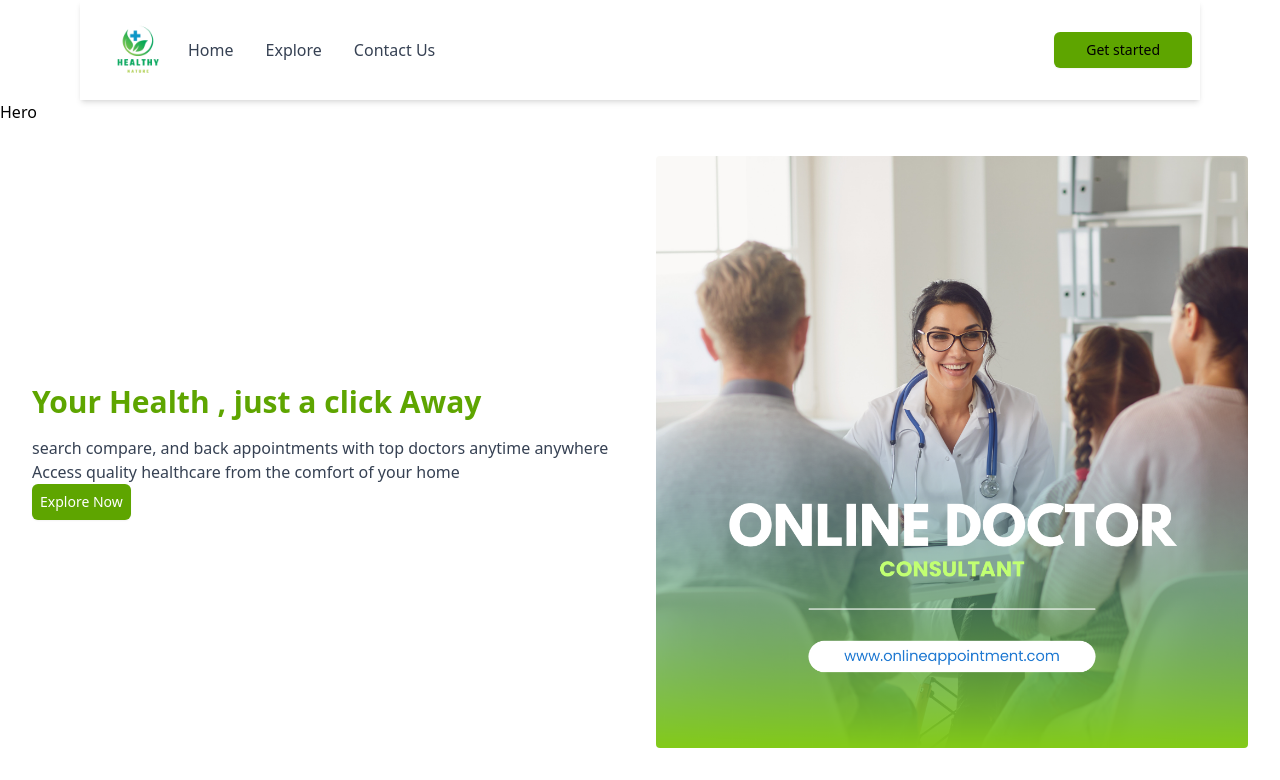
Repository: Muyassar-Mamdoh-Salem/appooinetment_app_frontend
Page: /
An editor plug-in stored every save of this project. The page is shown before and after the next save, followed by the edit.
The browser window is 1280 px wide. The pictures show the whole page.
The project was rebuilt for these pictures with package versions that can differ from the ones it lists, and the page was loaded fresh each time. The framework's server and built-in components were replaced by stand-ins that run in the browser. Also part of the build but not shown: next.config.mjs.

Above is the page before, as saved 2025-07-03 15:26:48.

### app/layout.js
import { Geist, Geist_Mono } from "next/font/google";
import "./globals.css";
import Header from "./_compnents/Header";
const geistSans = Geist({
  variable: "--font-geist-sans",
  subsets: ["latin"],
});

const geistMono = Geist_Mono({
  variable: "--font-geist-mono",
  subsets: ["latin"],
});

export const metadata = {
  title: "Create Next App",
  description: "Generated by create next app",
};

export default function RootLayout({ children }) {
  return (
    <html lang="en">
      <body
        className={`${geistSans.variable} ${geistMono.variable} antialiased`}
      >
        <div className=" md:px-20">
                 <Header />

        </div>
        {children}
      </body>
    </html>
  );
}

### app/page.js
import Image from "next/image";

// shad cn
import { Button } from "@/components/ui/button"
// component
import Hero from "./_compnents/Hero";
export default function Home() {
  return (
    <div className="">
<Hero/>

    </div>
  );
}

### app/_compnents/Header.jsx
import React from 'react';
import Image from 'next/image';
import Link from 'next/link';
import { Button } from '@/components/ui/button';

function Header() {
  const menu = [
    { id: 1, name: 'Home', path: '/' },
    { id: 2, name: 'Explore', path: 'Explore' },
    { id: 3, name: 'Contact Us', path: 'Contact Us' }
  ];

  return (
    <header className="bg-white shadow-md px-2 flex items-center justify-between    ">
      <div className="  flex items-center  ">
        {/* الشعار */}
        <div className="flex items-center gap-2">
          <Image src="/assets/image/logo.png" width={100} height={40} alt="logo" />

        </div>

        {/* القائمة */}
        <nav>
          <ul className="hidden md:flex gap-8 text-gray-700 font-medium">
            {menu.map((item) => (
              <li key={item.id}>
                <Link
                  href={item.path}
                  className="hover:text-lime-600 transition-all duration-200 cursor-pointer hover:scale-105 "
                >
                  {item.name}
                </Link>
              </li>
            ))}
          </ul>
        </nav>
      </div>
      <Button>Get started</Button>

    </header>
  );
}

export default Header;

### components/ui/button.jsx
import * as React from "react"
import { Slot } from "@radix-ui/react-slot"
import { cva } from "class-variance-authority";

import { cn } from "@/lib/utils"

const buttonVariants = cva(
  "inline-flex items-center justify-center gap-2 whitespace-nowrap rounded-md text-sm font-medium transition-all disabled:pointer-events-none disabled:opacity-50 [&_svg]:pointer-events-none [&_svg:not([class*='size-'])]:size-4 shrink-0 [&_svg]:shrink-0 outline-none focus-visible:border-ring focus-visible:ring-ring/50 focus-visible:ring-[3px] aria-invalid:ring-destructive/20 dark:aria-invalid:ring-destructive/40 aria-invalid:border-destructive",
  {
    variants: {
      variant: {
        default:
          "bg-lime-600 text-primary-foreground shadow-xs hover:bg-lime-700 cursor-pointer",
        destructive:
          "bg-destructive text-white shadow-xs hover:bg-destructive/90 focus-visible:ring-destructive/20 dark:focus-visible:ring-destructive/40 dark:bg-destructive/60",
        outline:
          "border bg-background shadow-xs hover:bg-accent hover:text-accent-foreground dark:bg-input/30 dark:border-input dark:hover:bg-input/50",
        secondary:
          "bg-secondary text-secondary-foreground shadow-xs hover:bg-secondary/80",
        ghost:
          "hover:bg-accent hover:text-accent-foreground dark:hover:bg-accent/50",
        link: "text-primary underline-offset-4 hover:underline",
      },
      size: {
        default: "h-9 px-8 py-2 has-[>svg]:px-3",
        sm: "h-8 rounded-md gap-1.5 px-3 has-[>svg]:px-2.5",
        lg: "h-10 rounded-md px-6 has-[>svg]:px-4",
        icon: "size-9",
      },
    },
    defaultVariants: {
      variant: "default",
      size: "default",
    },
  }
)

function Button({
  className,
  variant,
  size,
  asChild = false,
  ...props
}) {
  const Comp = asChild ? Slot : "button"

  return (
    <Comp
      data-slot="button"
      className={cn(buttonVariants({ variant, size, className }))}
      {...props} />
  );
}

export { Button, buttonVariants }

### app/_compnents/Hero.jsx
import { Button } from '@/components/ui/button'
import React from 'react'

function Hero() {
  return (
    <div>Hero
        <section>
  <div className="mx-auto max-w-screen-xl px-4 py-8 sm:px-6 lg:px-8">
    <div className="grid grid-cols-1 gap-4 md:grid-cols-2 md:items-center md:gap-8">
      <div>
        <div className="max-w-lg md:max-w-none">
          <h2 className="text-2xl font-semibold text-lime-600 sm:text-3xl">
          Your Health , just a click Away
          </h2>

          <p className="mt-4 text-gray-700">
           search compare, and back appointments with top doctors anytime anywhere Access quality healthcare from the comfort of your home
          </p>
          <Button className="p-2 bg-lime-600 text-white ">Explore Now</Button>
        </div>
      </div>

      <div>
        <img
        src='assets\image\hero.png'
          className="rounded"
          alt=""
        />
      </div>
    </div>
  </div>
</section>
    </div>
  )
}

export default Hero

Loaded but not shown: app/globals.css (common file); lib/utils.js (common file)

After the next save:
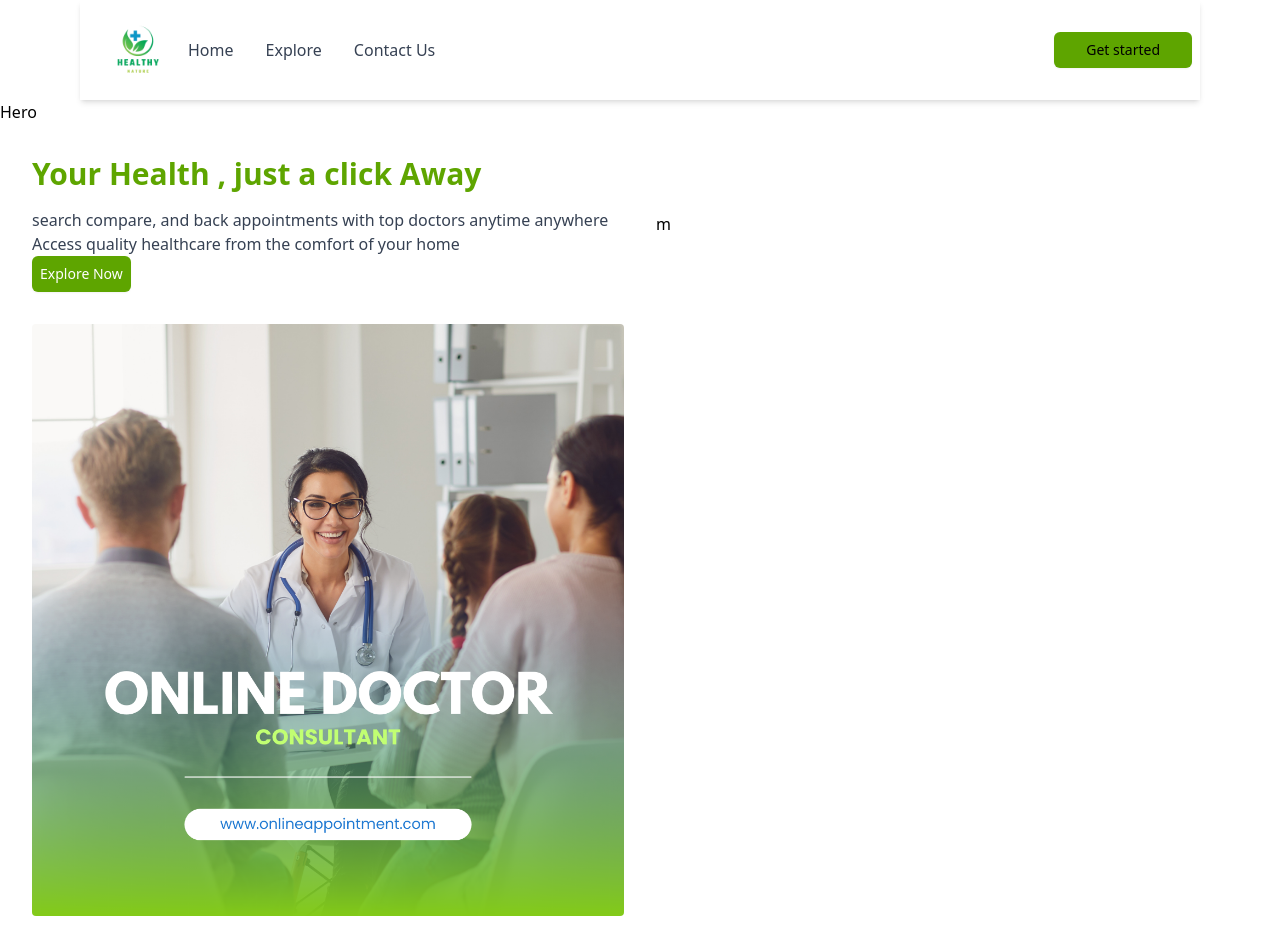
Saved 4 s later.
--- a/app/_compnents/Hero.jsx
+++ b/app/_compnents/Hero.jsx
@@ -19,7 +19,7 @@
           <Button className="p-2 bg-lime-600 text-white ">Explore Now</Button>
         </div>
       </div>
-
+m
       <div>
         <img
         src='assets\image\hero.png'

After the save that followed:
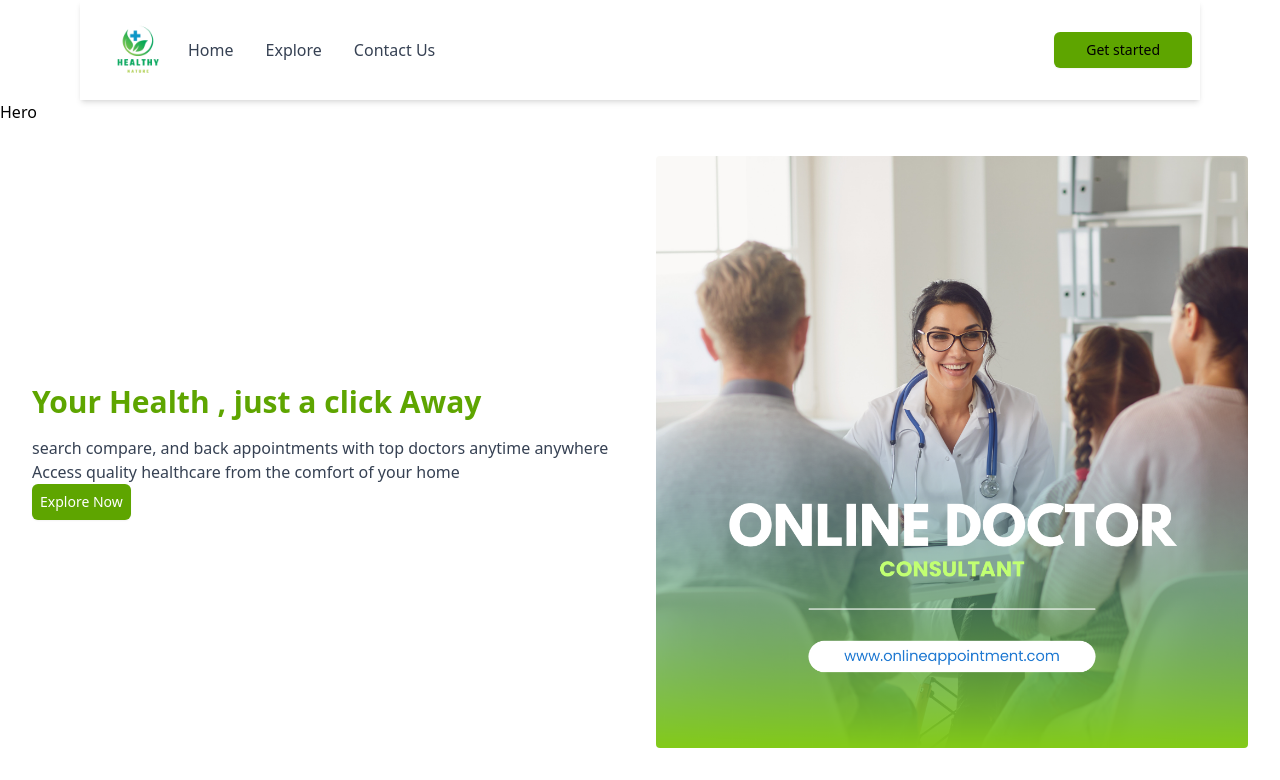
Saved 9 s later.
--- a/app/_compnents/Hero.jsx
+++ b/app/_compnents/Hero.jsx
@@ -16,10 +16,10 @@
           <p className="mt-4 text-gray-700">
            search compare, and back appointments with top doctors anytime anywhere Access quality healthcare from the comfort of your home
           </p>
-          <Button className="p-2 bg-lime-600 text-white ">Explore Now</Button>
+          <Button className="p-2 bg-lime-600 text-white">Explore Now</Button>
         </div>
       </div>
-m
+
       <div>
         <img
         src='assets\image\hero.png'
